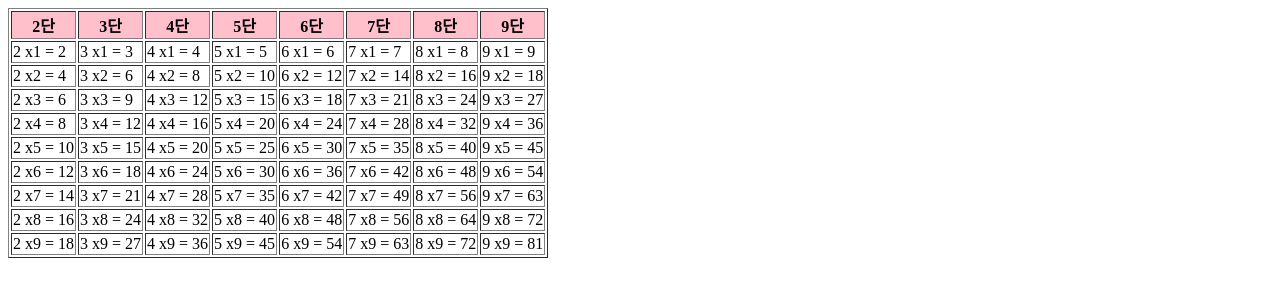
Repository: gom0109/JSP_DK
Page: http://localhost/01_Basic/01_basic/Ex12_김동욱.jsp
The author's editor kept a copy of each file at every save. The page is drawn from the files as they stood at one save, then again after the next save.
The browser window is 1280 px wide. The pictures show the whole page.
The page is served by Tomcat 9.

Above is the page before, as saved 2021-01-19 04:55:22.

After the next save:
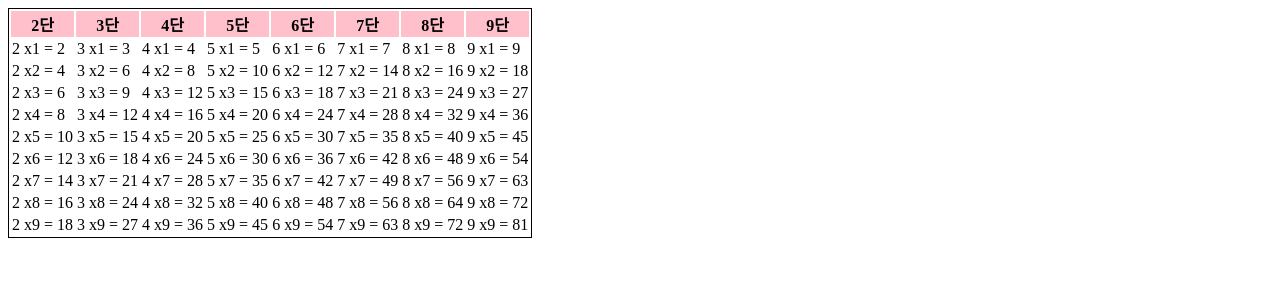
Saved 37 s later.
--- a/01_Basic/WebContent/01_basic/Ex12_김동욱.jsp
+++ b/01_Basic/WebContent/01_basic/Ex12_김동욱.jsp
@@ -5,10 +5,15 @@
  th{
  	background: pink
  }
+ table{
+ 	border: 1px solid black;
+ }
+
 </style>
 
 
-<table border="1">
+
+<table >
 	<tr>
 		<%
 			for (int z = 2; z <= 9; z++) {
